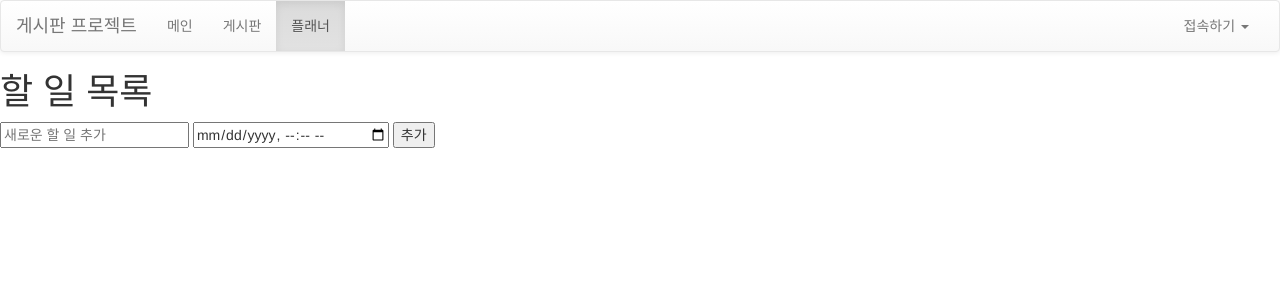
Repository: Seok7975/JSP-Education
Page: http://localhost/BBS/planner.jsp
An editor plug-in stored every save of this project. The page is shown before and after the next save, followed by the edit.
The browser window is 1280 px wide. The pictures show the whole page.
Some web libraries are served in a nearby version. The page is served by Tomcat 9.

Above is the page before, as saved 2024-06-10 06:51:28.

After the next save:
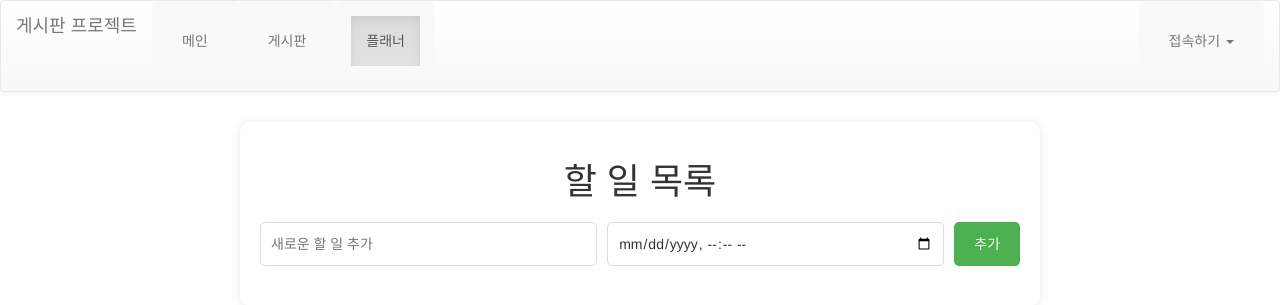
Saved 52 s later.
--- a/List_Projects/BBS/src/main/webapp/planner.jsp
+++ b/List_Projects/BBS/src/main/webapp/planner.jsp
@@ -13,6 +13,89 @@
     <script src="https://code.jquery.com/jquery-3.1.1.min.js"></script>
     <script src="https://cdn.jsdelivr.net/npm/bootstrap@3.3.7/dist/js/bootstrap.min.js" integrity="sha384-Tc5IQib027qvyjSMfHjOMaLkfuWVxZxUPnCJA7l2mCWNIpG9mGCD8wGNIcPD7Txa" crossorigin="anonymous"></script>
     <title>투두리스트 페이지</title>
+    <style>
+            .container2 {
+            max-width: 800px;
+            margin: 30px auto;
+            padding: 20px;
+            background: #fff;
+            border-radius: 10px;
+            box-shadow: 0 0 10px rgba(0, 0, 0, 0.1);
+        }
+        h1 {
+            text-align: center;
+            color: #333;
+            margin-bottom: 20px;
+        }
+        .add-item {
+            display: flex;
+            gap: 10px;
+            margin-bottom: 20px;
+        }
+        .add-item input[type="text"], .add-item input[type="datetime-local"] {
+            flex: 1;
+            padding: 10px;
+            border: 1px solid #ddd;
+            border-radius: 5px;
+        }
+        .add-item button {
+            padding: 10px 20px;
+            border: none;
+            background: #4caf50;
+            color: white;
+            border-radius: 5px;
+            cursor: pointer;
+            transition: background 0.3s;
+        }
+        .add-item button:hover {
+            background: #45a049;
+        }
+        ul {
+            list-style: none;
+            padding: 0;
+        }
+        ul li {
+            background: #f9f9f9;
+            margin-bottom: 10px;
+            padding: 15px;
+            border-radius: 5px;
+            display: flex;
+            justify-content: space-between;
+            align-items: center;
+            transition: background 0.3s;
+        }
+        ul li:hover {
+            background: #ececec;
+        }
+        ul li.completed span {
+            text-decoration: line-through;
+            color: #999;
+        }
+        ul li form {
+            display: flex;
+            align-items: center;
+        }
+        ul li form input[type="checkbox"] {
+            margin-right: 10px;
+        }
+        ul li span {
+            flex-grow: 1;
+        }
+        .delete {
+            background: #ff6b6b;
+            color: white;
+            border: none;
+            padding: 5px 10px;
+            border-radius: 5px;
+            cursor: pointer;
+            transition: background 0.3s;
+        }
+        .delete:hover {
+            background: #ff4c4c;
+        }
+
+
+    </style>
 </head>
 <body>
 <%
